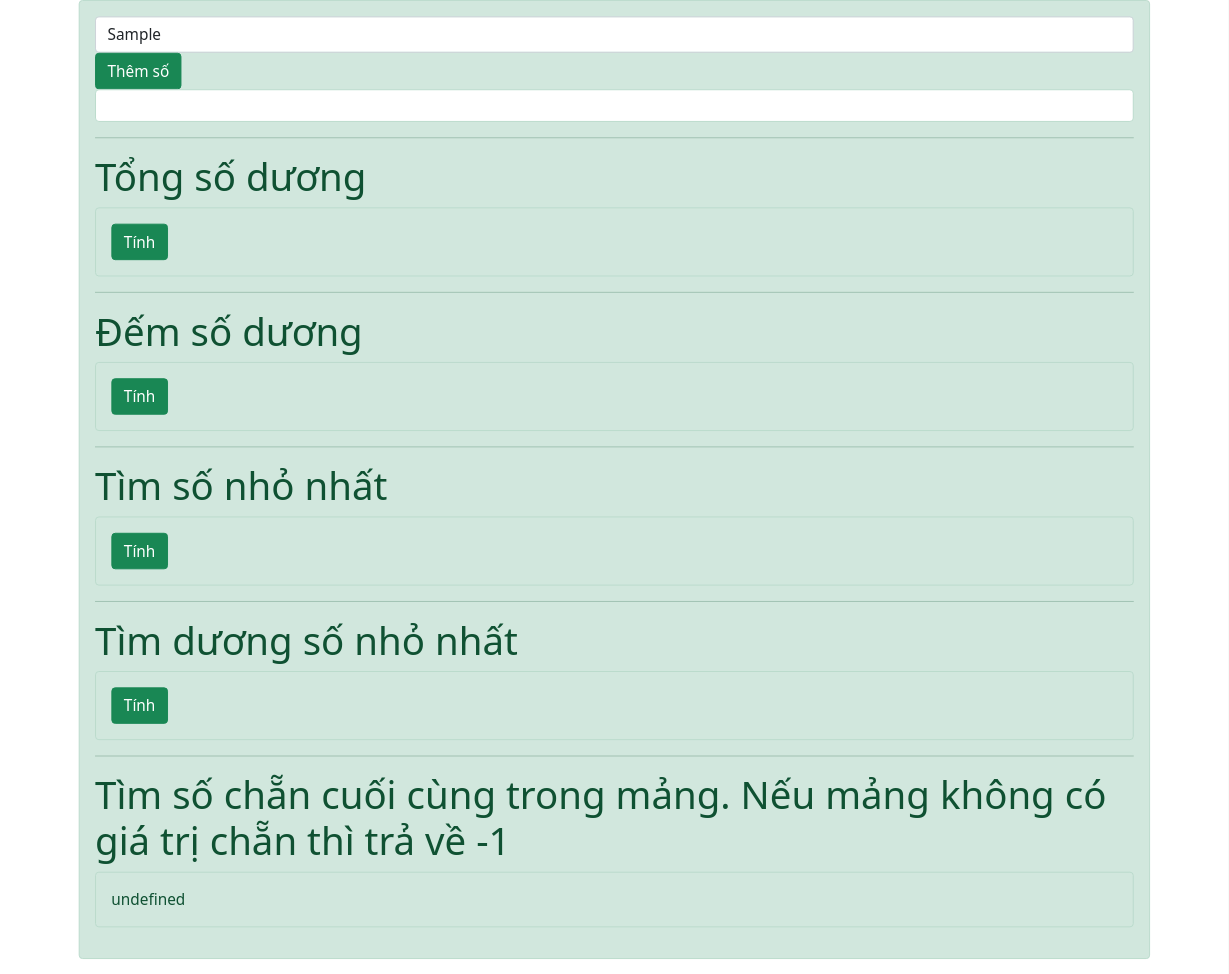
Repository: qkhanh1104k/Js-buoi7-8
Page: index.html
An editor plug-in stored every save of this project. The page is shown before and after the next save, followed by the edit.
The browser window is 1280 px wide. The pictures show the whole page, at 96% of full size.
Empty fields were first filled with sample values (such as "Sample", 5 or name@example.com).
After loading, the first visible `#resBt6 > button` was clicked once.

Above is the page before, as saved 2022-07-26 21:16:44.

### index.html
<!DOCTYPE html>
<html lang="en">
  <head>
    <meta charset="UTF-8" />
    <meta http-equiv="X-UA-Compatible" content="IE=edge" />
    <meta name="viewport" content="width=device-width, initial-scale=1.0" />
    <title>Document</title>
    <link
      href="https://cdn.jsdelivr.net/npm/bootstrap@5.1.3/dist/css/bootstrap.min.css"
      rel="stylesheet"
      integrity="sha384-1BmE4kWBq78iYhFldvKuhfTAU6auU8tT94WrHftjDbrCEXSU1oBoqyl2QvZ6jIW3"
      crossorigin="anonymous"
    />
  </head>
  <body>
    <div class="container">
      <div>
        <div class="alert alert-success">
          <input
            type="text"
            placeholder="Nhập số n"
            id="txtNum"
            class="form-control"
          />
          <button class="btn btn-success" onclick="addNum()">Thêm số</button>
          <div class="alert alert-success" id="resultBt1" style="background-color:#fff ;"></div>
          <hr>
          <h1>Tổng số dương</h1>
          <div>
            <div class="alert alert-success" id="resBt2">
              <button class="btn btn-success" onclick="calcSumNegative()">Tính</button>
            </div>
          </div>
          <hr>
          <h1>Đếm số dương</h1>
          <div>
            <div class="alert alert-success" id="resBt3">
              <button class="btn btn-success" onclick="calcCountNegative()">Tính</button>
            </div>
          </div>
          <hr>
          <h1>Tìm số nhỏ nhất</h1>
          <div>
            <div class="alert alert-success" id="resBt4">
              <button class="btn btn-success" onclick="calcTheSmallest()">Tính</button>
            </div>
          </div>
          <hr>
          <h1>Tìm dương số nhỏ nhất</h1>
          <div>
            <div class="alert alert-success" id="resBt5">
              <button class="btn btn-success" onclick="calcTheSmallestNev()">Tính</button>
            </div>
          </div>
          <hr>
          <h1>Tìm số chẵn cuối cùng trong mảng. Nếu mảng không có giá trị chẵn thì trả về -1</h1>
          <div>
            <div class="alert alert-success" id="resBt6">
              <button class="btn btn-success" onclick="findLastEven()">Tính</button>
            </div>
          </div>
        </div>
      </div>
    </div>
    <script src="./index.js"></script>
  </body>
</html>

### index.js
var txtNum = [];
function addNum() {
  var inputNum = document.getElementById("txtNum").value * 1;
  txtNum.push(inputNum);
  document.getElementById("resultBt1").innerHTML = txtNum;
}
// ex1:tính tổng số dương
function calcSumNegative() {
  var sum = 0;
  for (var i = 0; i < txtNum.length; i++) {
    if (txtNum[i] > 0) {
      sum += txtNum[i];
    }
  }
  document.getElementById("resBt2").innerHTML = sum;
}
// ex2:đếm só dương
function calcCountNegative() {
  var sum = 0;
  for (var i = 0; i < txtNum.length; i++) {
    if (txtNum[i] > 0) {
      sum++;
    }
  }
  document.getElementById("resBt3").innerHTML = sum;
}
// ex3:tìm số nhỏ nhất
function calcTheSmallest(){
    var min = txtNum[0];
    for (var i = 1; i < txtNum.length; i++) {
        if (min > txtNum[i]) {
          min = txtNum[i];
        }
      }
      document.getElementById("resBt4").innerHTML = min;
}
// ex 4:tìm số dương nhỏ nhất
function calcTheSmallestNev(){
    var min = txtNum[0];
    for (var i = 1; i < txtNum.length; i++) {
        if (min > txtNum[i] && txtNum[i] >0) {
          min = txtNum[i];
        }
      }
      document.getElementById("resBt5").innerHTML = min;
}

// ex5:Tìm số chẵn cuối cùng trong mảng. Nếu mảng không có giá trị chẵn thì trả về -1.
function findLastEven(){
    var num1 = "";
    for ( var i = txtNum.length-1; i >= 0; i--){ //i= 5
        if (txtNum[i]  % 2 == 0){
            num1 = txtNum[i];
        }
        return num1 = -1;
    }
    document.getElementById("resBt6").innerHTML = txtNum[i];
}

After the next save:
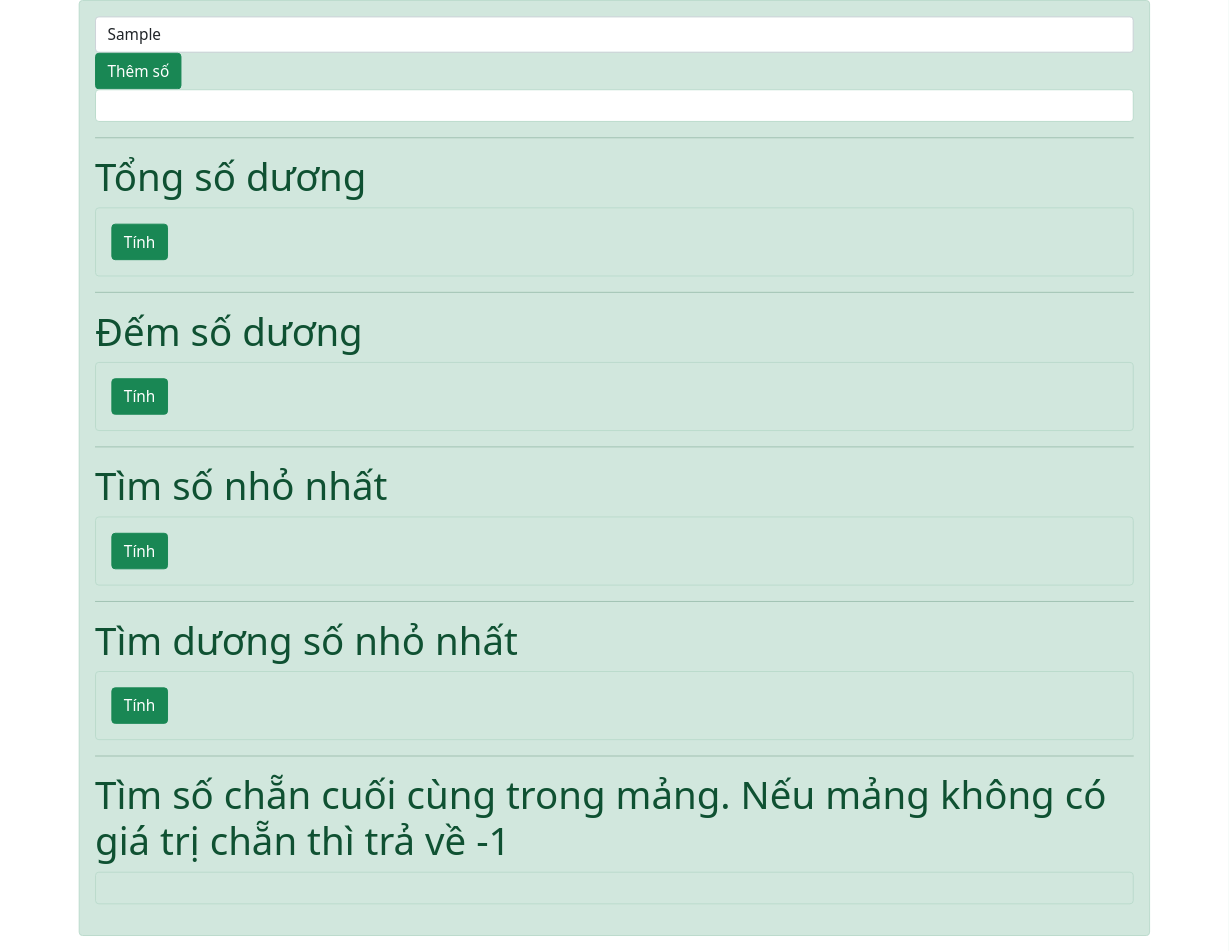
Saved 14 s later.
--- a/index.js
+++ b/index.js
@@ -54,5 +54,5 @@ function findLastEven(){
         }
         return num1 = -1;
     }
-    document.getElementById("resBt6").innerHTML = txtNum[i];
+    document.getElementById("resBt6").innerHTML = num1;
 }
